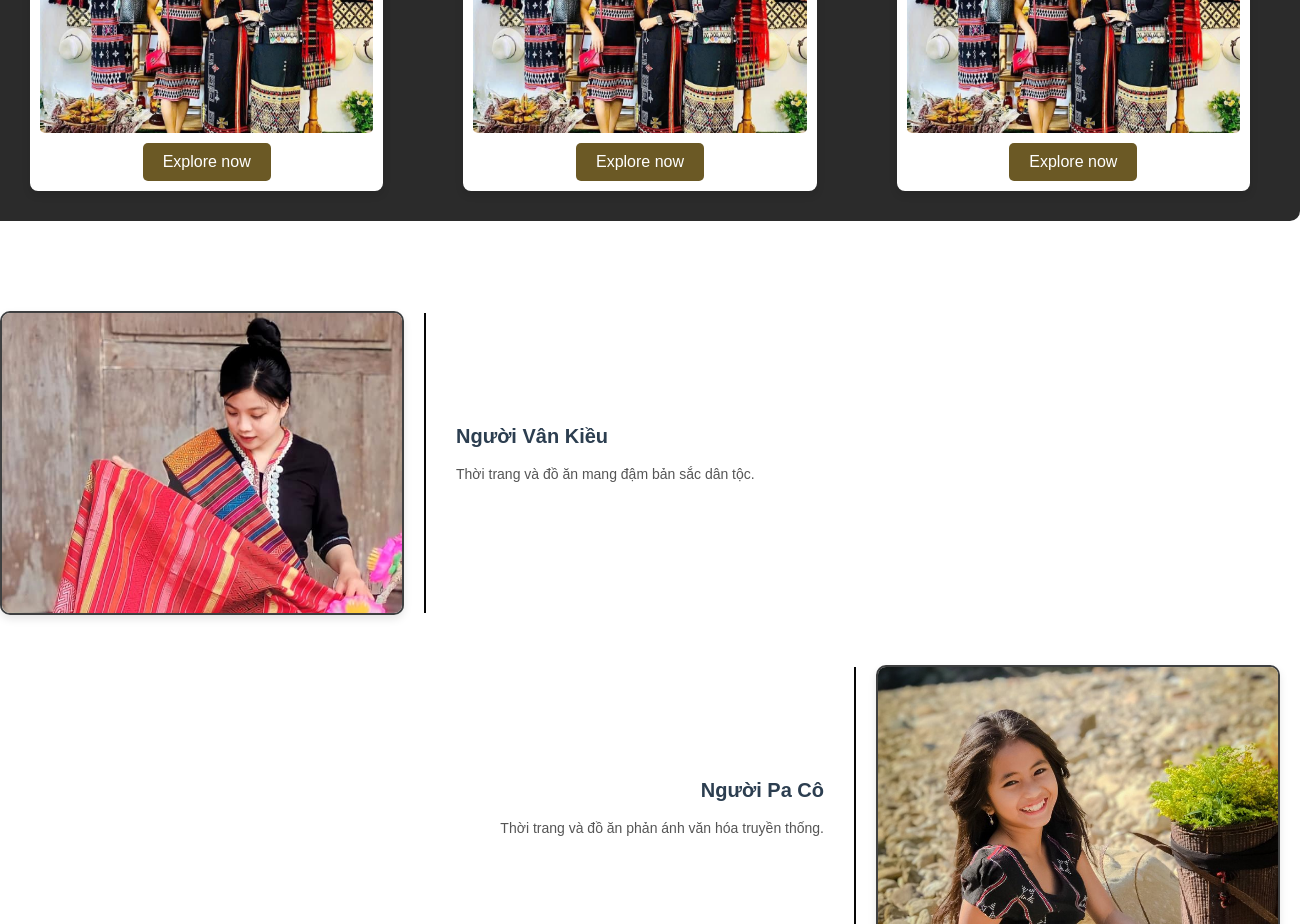
Repository: DangVai/LocalProduct
Page: Views/frontend/test.html
An editor plug-in stored every save of this project. The page is shown before and after a run of saves, followed by the edit.
The browser window is 1280 px wide. The page is 1300 px wide, so the pictures cover 1300 px, including what lies to the right of the window. The pictures show the part of the page from y = 1170 to 2094 px (the page is 2209 px tall).
Pictures or frames that could not be fetched are drawn as grey boxes.

Above is the page before, as saved 2024-12-19 10:58:42.

### Views/frontend/test.html
<!DOCTYPE html>
<html lang="en">

<head>
    <meta charset="UTF-8">
    <meta name="viewport" content="width=device-width, initial-scale=1.0">
    <title>Dynamic Banner</title>
    <style>
        body {
            margin: 0;
            font-family: Arial, sans-serif;
        }

        .container-Home {
            background-color: white;
            width: 100%;
            min-height: 100vh;
            display: flex;
            flex-direction: column;
            align-items: center;
        }

        .text-run {
            width: 100%;
            height: 50px;
            overflow: hidden;
            background: rgb(113, 74, 74);
            white-space: nowrap;
            box-sizing: border-box;
            margin-bottom: 0px;
            text-align: center;
        }

        .text-run span {
            display: inline-block;
            padding-left: 100%;
            animation: marquee 10s linear infinite;
            font-size: 15px;
            padding-top: 18px;
            font-weight: bold;
            color: white;
        }

        @keyframes marquee {
            0% {
                transform: translateX(0);
            }
            100% {
                transform: translateX(-100%);
            }
        }

        .banner {
            position: relative;
            width: 100%;
            height: 600px;
            display: flex;
            justify-content: center;
            align-items: center;
        }

        .banner img {
            width: 100%;
            height: 100%;
            object-fit: cover;
            box-shadow: 10px 10px 15px rgba(0, 0, 0, 0.5);
        }

        .img-sliders {
            width: 100%;
            height: 250px;
            margin-top: 20px;
            margin-bottom: 20px;
            display: flex;
            justify-content: space-between;
            gap: 15px;
        }

        .slider-container {
            flex: 1;
            overflow: hidden;
            border: 2px solid #ddd;
            border-radius: 10px;
        }

        .slides {
            display: flex;
            transition: transform 0.5s ease-in-out;
        }

        .slide {
            width: 100%;
            flex-shrink: 0;
            object-fit: cover;
        }

        .header {
            top: 0;
            left: 0;
            display: flex;
            width: 100%;
            height: 200px;
            align-items: center;
            position: fixed;
            z-index: 4;
            box-shadow: 0 6px 8px rgba(0, 0, 0, 0.1);
            background-color: white;
        }

        .box_logo {
            width: 20%;
            display: flex;
            align-items: center;
        }

        .box_logo img {
            position: absolute;
            top: 10px;
            left: 30px;
            width: 170px;
            height: 160px;
            z-index: 10;
            margin-right: 100px;
        }

        .nav {
            width: 40%;
            height: 45%;
            display: flex;
            margin-right: 200px;
            justify-content: center;
            align-items: center;
            justify-content: space-evenly;
            border-radius: 10px;
            font-size: 40px;
            color: black;
            box-shadow: 0 6px 8px rgba(0, 0, 0, 0.1);
            background-color: rgba(163, 116, 116, 0.667);
        }

        .nav p {
            cursor: pointer;
        }

        .nav p:hover {
            font-size: 30px;
        }
        /* Sreach  */

        .searchHome {
            display: flex;
            align-items: center;
            justify-content: center;
            background-color: white;
            border: 2px black solid;
            box-shadow: 0 6px 8px rgba(0, 0, 0, 0.1);
            padding: 10px;
            border-radius: 20px;
            width: 450px;
            height: 20%;
        }

        .searchInput {
            flex: 1;
            border: none;
            padding: 5px 10px;
            font-size: 30px;
            outline: none;
        }

        .searchButton {
            border: none;
            background-color: #ffffff;
            color: white;
            padding: 5px 15px;
            border-radius: 0 5px 5px 0;
            cursor: pointer;
            height: 40px;
            width: 40px;
        }

        .searchButton:hover {
            background-color: #fcfeff;
        }
        /* end search */

        .account {
            width: 4%;
            display: flex;
            align-items: center;
            justify-content: center;
        }

        .box-account {
            border: 2px solid rgb(6, 6, 6);
            width: 70px;
            height: 50px;
            display: flex;
            align-items: center;
            justify-content: center;
            border-radius: 50%;
            margin-left: 100px;
        }

        .box-account i {
            font-size: 35px;
            color: white;
            cursor: pointer;
        }

        a {
            text-decoration: none;
            color: #fff;
        }

        .categories {
            width: 100%;
            display: flex;
            justify-content: space-between;
            gap: 20px;
            margin: 20px;
            background-color: #2b2b2b;
            padding: 20px;
            border-radius: 10px;
        }

        .page {
            flex: 1;
            background-color: white;
            border-radius: 8px;
            padding: 10px;
            margin: 10px 30px 10px 30px;
            box-shadow: 0 4px 8px rgba(0, 0, 0, 0.1);
            text-align: center;
        }

        .page p {
            font-size: 20px;
            font-weight: bold;
            margin-bottom: 10px;
            color: #6b5925;
        }

        .slider {
            position: relative;
            display: flex;
            align-items: center;
            margin-bottom: 10px;
        }

        .images {
            display: flex;
            overflow: hidden;
            width: 100%;
            gap: 25px;
        }

        .images img {
            width: 100%;
            height: 250px;
            /* margin-left: 0px; */
            object-fit: cover;
            border-radius: 5px;
        }

        button.explore-btn {
            background-color: #6b5925;
            color: white;
            border: none;
            padding: 10px 20px;
            font-size: 16px;
            border-radius: 5px;
            cursor: pointer;
        }

        button.explore-btn a {
            text-decoration: none;
            color: white;
        }

        button.explore-btn:hover {
            background-color: #52451d;
        }

        button.prev:hover,
        button.next:hover {
            background-color: #52451d;
        }
        /* Giới thiệu : */
        /* Bố cục chính */
        /* Tổng thể bố cục */

        .introduce {
            margin-top: 50px;
            width: 100%;
            display: flex;
            flex-direction: column;
            /* Chia theo chiều dọc */
            gap: 50px;
            /* Khoảng cách giữa các phần */
            padding: 20px;
            margin-bottom: 50px;
        }
        /* Phần chung cho vk và pc */

        .vk,
        .pc {
            display: flex;
            flex-direction: row;
            /* Chia làm 3 phần ngang: ảnh, gạch, văn bản */
            align-items: center;
            justify-content: space-between;
            /* Canh đều giữa các phần */
            gap: 20px;
            /* Khoảng cách giữa các thành phần trong vk hoặc pc */
            width: 100%;
        }
        /* Hình ảnh */

        .pc img {
            width: 400px;
            height: 300px;
            border-radius: 10px;
            border: 2px solid #3e3f40;
            object-fit: cover;
            /* Đảm bảo hình ảnh không bị méo */
            box-shadow: 0 4px 8px rgba(0, 0, 0, 0.1);
        }

        .vk img {
            width: 400px;
            height: 300px;
            border-radius: 10px;
            border: 2px solid #3e3f40;
            object-fit: cover;
            /* Đảm bảo hình ảnh không bị méo */
            box-shadow: 0 4px 8px rgba(0, 0, 0, 0.1);
            margin-
        }
        /* Gạch dọc */

        .vk .gach,
        .pc .gach {
            width: 2px;
            height: 300px;
            background-color: #070707;
        }

        .vk-text {
            flex: 1;
            padding: 0 10px;
            text-align: left;
        }

        .pc-text {
            flex: 1;
            padding: 0 10px;
            text-align: right;
        }

        .vk-text h3,
        .pc-text h3 {
            font-size: 20px;
            color: #2c3e50;
            margin: 0 0 10px;
        }

        .vk-text p,
        .pc-text p {
            font-size: 14px;
            color: #555;
            line-height: 1.8;
        }
        /* Đảm bảo phần giới thiệu không bị lỗi chiều cao */

        .vk,
        .pc {
            min-height: 300px;
        }
    </style>
</head>

<body>

    <div class="header">
        <!-- Logo -->
        <div class="box_logo">
            <img src="/public/images/logo.jpg" alt="logo">
        </div>

        <!-- Navigation Menu -->
        <div class="nav">
            <p><b>Home</b></p>
            <p><b>Thời Trang</b></p>
            <p><b>Ẩm thực</b></p>
            <p><b>Khác</b></p>
        </div>

        <!-- Search -->
        <div class="searchHome">
            <input type="text" placeholder="Tìm kiếm..." class="searchInput">
            <button class="searchButton">
                🔍
    </button>
        </div>

        <!-- User Account -->
        <div class="account">
            <div class="box-account">
                <i class="fa-regular fa-user"></i>
            </div>
        </div>

        <!-- User Name and Dropdown Menu -->
        <div class="name-user">
            <p>
                <p>John Doe</p>
            </p>
            <div class="dropdown-menu" id="account-menu">
                <div>
                    <a href="#"><i class="fas fa-user fa-sm fa-fw mr-2 text-gray-400"></i> Profile</a>
                </div>

                <div>
                    <a href="#"><i class="fas fa-sign-in-alt fa-sm fa-fw mr-2 text-gray-400"></i> Log in</a>
                </div>
                <div>
                    <a href="#"><i class="fas fa-sign-out-alt fa-sm fa-fw mr-2 text-gray-400"></i> Log out</a>
                </div>
            </div>
        </div>
    </div>

    <div class="container-Home">
        <!-- Chữ chạy -->
        <div class="text-run">
            <span>Chào mừng bạn đến với cửa hàng thời trang Vân Kiều và Pa Cô! Khám phá các sản phẩm đặc sắc ngay hôm nay!</span>
        </div>

        <!-- Banner -->
        <div class="banner">
            <img src="/public/images/Vân Kiều - Pa Cô.png" alt="Banner">
        </div>

        <!-- Các mục hình ảnh -->
        <div class="img-sliders">
            <!-- Slider 1 -->
            <div class="slider-container">
                <div class="slides" id="slider1">
                    <img src="/public/images/R.jpg" class="slide" alt="Slide 1">
                    <img src="/public/images/slide2.jpg" class="slide" alt="Slide 2">
                    <img src="/public/images/slide3.jpg" class="slide" alt="Slide 3">
                </div>
            </div>

            <!-- Slider 2 -->
            <div class="slider-container">
                <div class="slides" id="slider2">
                    <img src="/public/images/slide3.jpg" class="slide" alt="Slide 1">
                    <img src="/public/images/R.jpg" class="slide" alt="Slide 2">
                    <img src="/public/images/slide2.jpg" class="slide" alt="Slide 3">
                </div>
            </div>

            <!-- Slider 3 -->
            <div class="slider-container">
                <div class="slides" id="slider3">
                    <img src="/public/images/slide2.jpg" class="slide" alt="Slide 1">
                    <img src="/public/images/slide3.jpg" class="slide" alt="Slide 2">
                    <img src="/public/images/R.jpg" class="slide" alt="Slide 3">
                </div>
            </div>
        </div>
        <div class="categories">
            <div class="page">
                <p>National Costume</p>
                <div class="slider">
                    <div class="images">
                        <img src="/public/images/slide2.jpg" alt="Costume 1">
                    </div>
                </div>
                <button class="explore-btn"><a href="#">Explore now</a></button>
            </div>
            <div class="page">
                <p>Cuisine</p>
                <div class="slider">
                    <div class="images">
                        <img src="/public/images/slide2.jpg" alt="Cuisine 1">
                    </div>
                </div>
                <button class="explore-btn"><a href="#">Explore now</a></button>
            </div>
            <div class="page">
                <p>Other Products</p>
                <div class="slider">
                    <div class="images">
                        <img src="/public/images/slide2.jpg" alt="Other 1">
                    </div>
                </div>
                <button class="explore-btn"><a href="#">Explore now</a></button>
            </div>
        </div>
        <div class="introduce">
            <div class="vk">
                <img src="/public/images/Chị Huyền.jpg" alt="Người Vân Kiều" class="vkimg">
                <div class="gach"></div>
                <div class="vk-text">
                    <h3>Người Vân Kiều</h3>
                    <p>Thời trang và đồ ăn mang đậm bản sắc dân tộc.</p>
                </div>
            </div>
            <div class="pc">
                <div class="pc-text">
                    <h3>Người Pa Cô</h3>
                    <p>Thời trang và đồ ăn phản ánh văn hóa truyền thống.</p>
                </div>
                <div class="gach"></div>
                <img src="/public/images/khánh Huyền.jpg" alt="Người Pa Cô" class="pcimg">
            </div>
        </div>

    </div>


    <script>
        function autoSlide(sliderId) {
            const slides = document.querySelector(`#${sliderId}`);
            const totalSlides = slides.children.length;
            let currentSlide = 0;

            setInterval(() => {
                currentSlide = (currentSlide + 1) % totalSlides;
                const offset = -currentSlide * 100;
                slides.style.transform = `translateX(${offset}%)`;
            }, 3000); // Thay đổi ảnh sau mỗi 3 giây
        }

        autoSlide('slider1');
        autoSlide('slider2');
        autoSlide('slider3');
    </script>
</body>

</html>

After the next 3 saves:
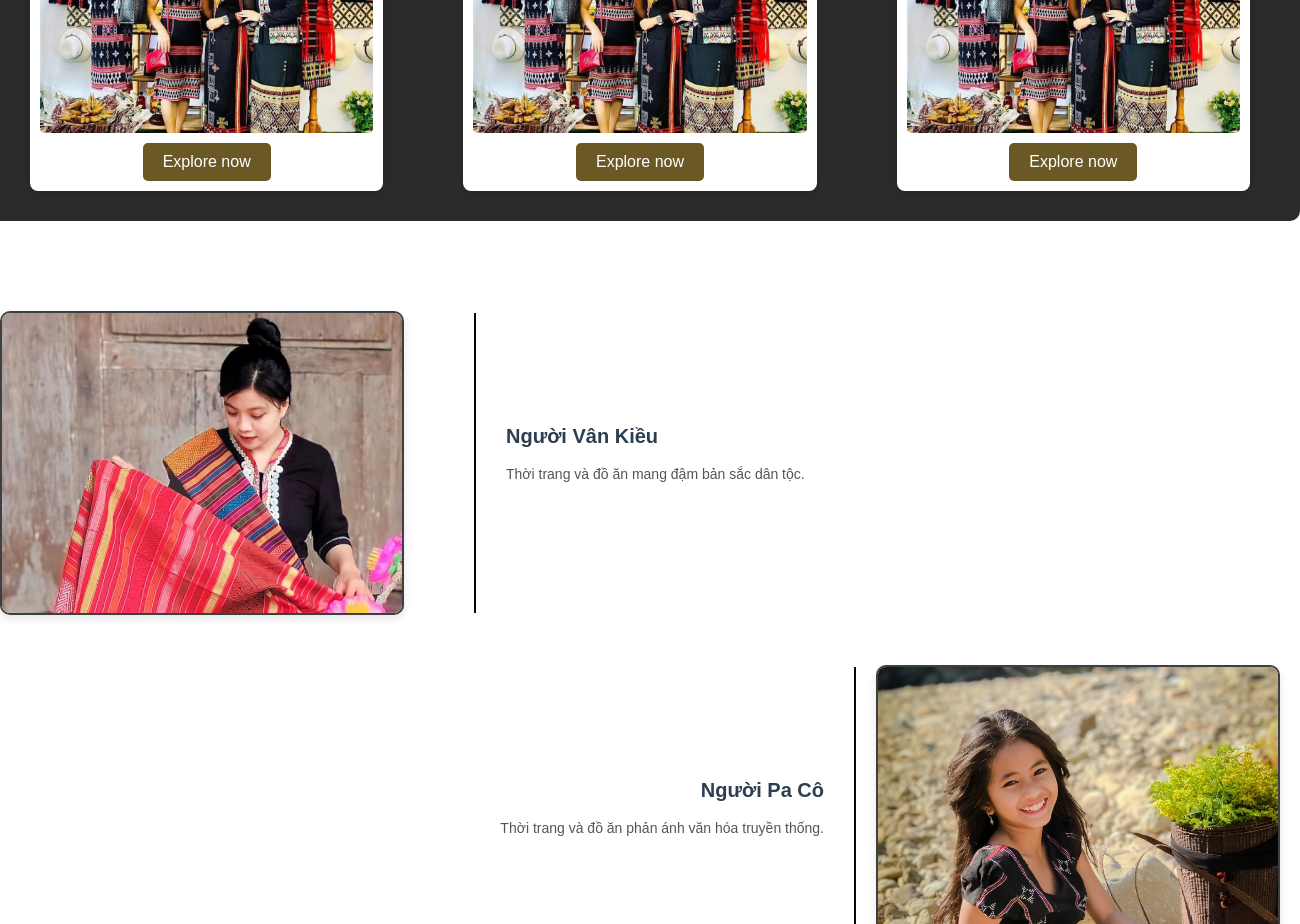
The 3 saves are shown as one change because they came seconds apart.
The last was saved 7 s later.
--- a/Views/frontend/test.html
+++ b/Views/frontend/test.html
@@ -335,7 +335,7 @@
             object-fit: cover;
             /* Đảm bảo hình ảnh không bị méo */
             box-shadow: 0 4px 8px rgba(0, 0, 0, 0.1);
-            margin-
+            margin-right: 50px;
         }
         /* Gạch dọc */
 
